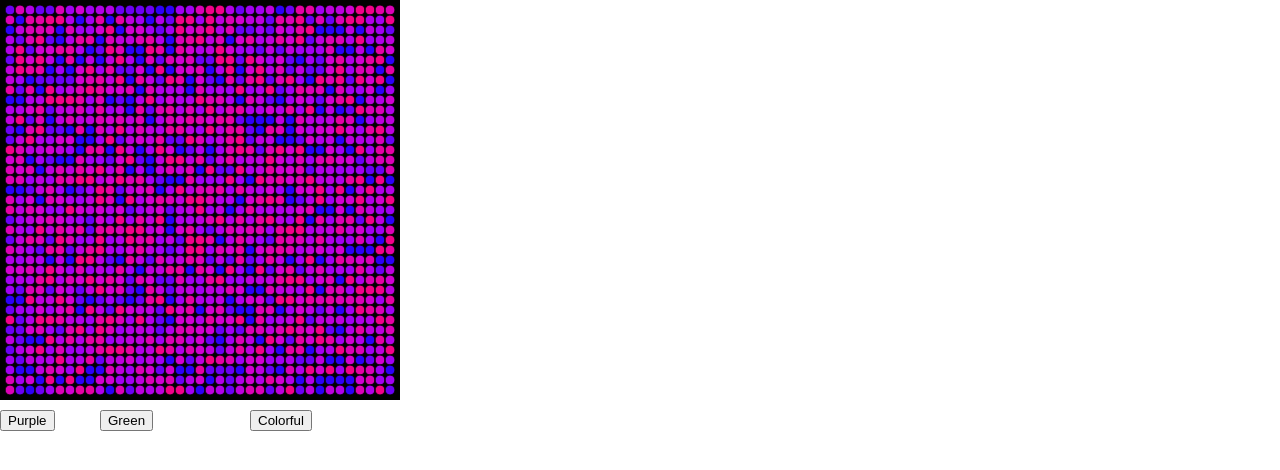
Repository: patriciqa/GenComp
Page: content/day02/pattern/index.html
The author's editor kept a copy of each file at every save. The page is drawn from the files as they stood at one save, then again after the next save.
The browser window is 1280 px wide. The pictures show the whole page.

Above is the page before, as saved 2021-09-30 13:48:29.

### content/day02/pattern/index.html
<!DOCTYPE html>
<html lang="en">
  <head>
    <meta charset="utf-8" />
    <meta name="viewport" content="width=device-width, initial-scale=1.0">

    <title>Sketch</title>

    <link rel="stylesheet" type="text/css" href="style.css">

    <script src="libraries/p5.min.js"></script>
    <script src="libraries/p5.sound.min.js"></script>
  </head>

  <body>
    <script src="circlePattern.js"></script>
  </body>
</html>

### content/day02/pattern/style.css
html, body {
  margin: 0;
  padding: 0;
}

canvas {
  display: block;
}

### content/day02/pattern/circlePattern.js

let CSS_COLOR_PURPLE = [
  '#2d00f7ff',
  '#6a00f4ff',
  '#a100f2ff',
  '#b100e8ff',
  '#bc00ddff',
  ' #d100d1ff',
  '#db00b6ff',
  '#e500a4ff',
  '#f20089ff'
];
let CSS_COLOR_GREEN = ["#dad7cd","#a3b18a","#588157","#3a5a40","#344e41"];
let CSS_COLOR_COLORFUL = ["#ef476f","#ffd166","#06d6a0","#118ab2","#073b4c"];

let counter = 0
let color = CSS_COLOR_PURPLE;
function setup() {
  createCanvas(400,400);
  frameRate(5)
  purpleButton = createButton('Purple');
  purpleButton.position(0, 410);
  purpleButton.mousePressed(changetoPurple('green'));

  greenButton = createButton('Green');
  greenButton.position(100, 410);
  greenButton.mousePressed(changetoGreen('green'));

  colorButton = createButton('Colorful');
  colorButton.position(250, 410);
  colorButton.mousePressed(changetoGreen('colorful'));
}

function draw() {
  background('black');
  for (let x = 10; x < width; x += 10) {
    for (let y = 10; y < height; y += 10) {
      stroke(0);
      let randomColor = color[Math.floor(Math.random()*color.length)];
      fill(randomColor);

      ellipse(x, y, 10, 10);
      counter++;
    }
  }
}
function changetoGreen(colour) {
  if(colour = 'green') {
    color == CSS_COLOR_GREEN;
  } else if (colour = 'colorful') {
  color = CSS_COLOR_COLORFUL;

  }
}

function changetoColor() {
  color = CSS_COLOR_COLORFUL;
}
function changetoPurple() {
  color = CSS_COLOR_PURPLE;
}

Loaded but not shown: content/day02/pattern/libraries/p5.min.js (library); content/day02/pattern/libraries/p5.sound.min.js (library)

After the next save:
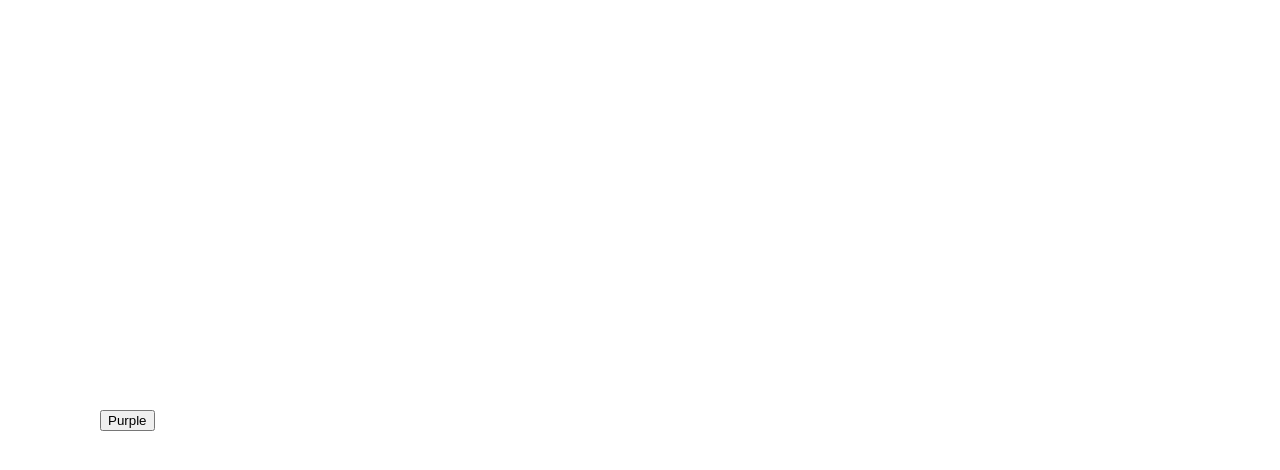
Console error: ReferenceError: greenButton is not defined
Saved 2 min 46 s later.
--- a/content/day02/pattern/circlePattern.js
+++ b/content/day02/pattern/circlePattern.js
@@ -19,16 +19,17 @@
   createCanvas(400,400);
   frameRate(5)
   purpleButton = createButton('Purple');
-  purpleButton.position(0, 410);
-  purpleButton.mousePressed(changetoPurple('green'));
+  purpleButton.position(100, 410);
+  greenButton.mousePressed(changrToPurple());
+
 
   greenButton = createButton('Green');
   greenButton.position(100, 410);
-  greenButton.mousePressed(changetoGreen('green'));
+  greenButton.mousePressed(changetoGreen());
 
   colorButton = createButton('Colorful');
   colorButton.position(250, 410);
-  colorButton.mousePressed(changetoGreen('colorful'));
+  colorButton.mousePressed(changetoColor);
 }
 
 function draw() {
@@ -45,12 +46,7 @@
   }
 }
 function changetoGreen(colour) {
-  if(colour = 'green') {
-    color == CSS_COLOR_GREEN;
-  } else if (colour = 'colorful') {
-  color = CSS_COLOR_COLORFUL;
-
-  }
+    color = CSS_COLOR_GREEN;
 }
 
 function changetoColor() {

After the 2 saves that followed:
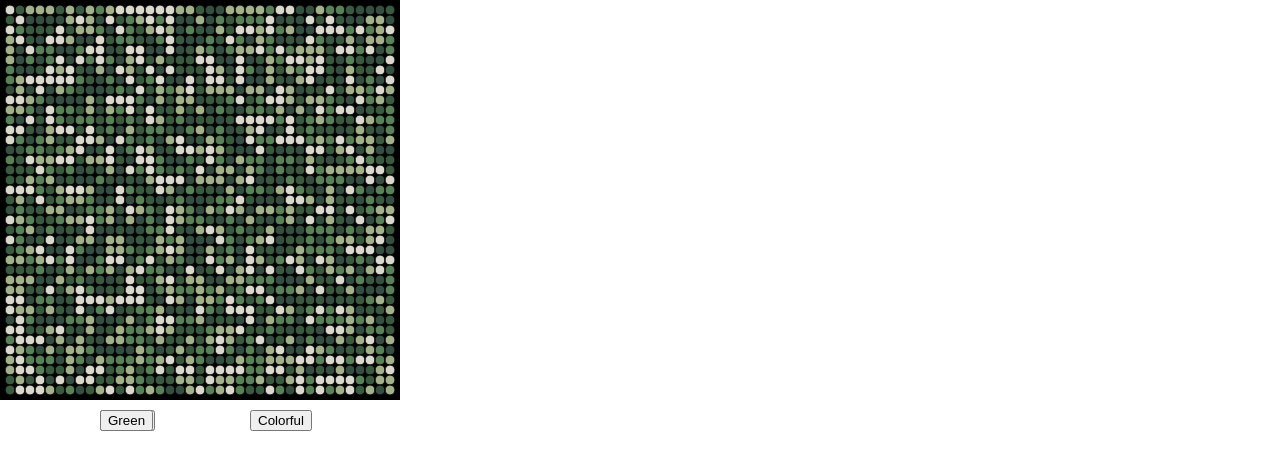
The error is gone.
The 2 saves are shown as one change because 1 left the picture as it was.
The last was saved 38 s later.
--- a/content/day02/pattern/circlePattern.js
+++ b/content/day02/pattern/circlePattern.js
@@ -20,7 +20,7 @@
   frameRate(5)
   purpleButton = createButton('Purple');
   purpleButton.position(100, 410);
-  greenButton.mousePressed(changrToPurple());
+  purpleButton.mousePressed(changetoPurple());
 
 
   greenButton = createButton('Green');
@@ -45,7 +45,7 @@
     }
   }
 }
-function changetoGreen(colour) {
+function changetoGreen() {
     color = CSS_COLOR_GREEN;
 }
 
